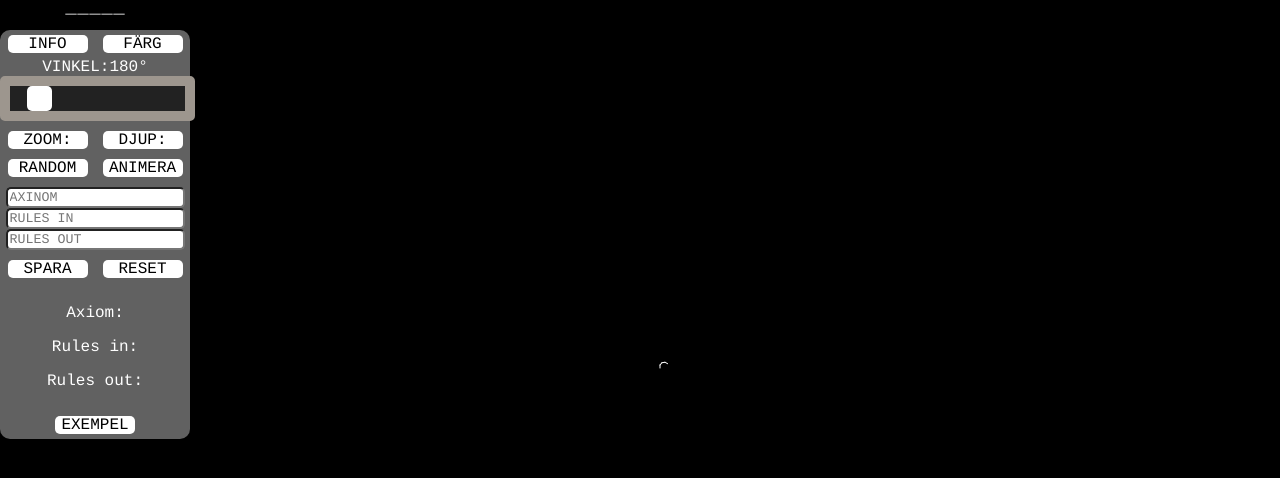
Repository: Gabrielw123/Fraktalgenerator
Page: fraktaler/test/index.html
The author's editor kept a copy of each file at every save. The page is drawn from the files as they stood at one save, then again after the next save.
The browser window is 1280 px wide. The pictures show the whole page.
Some web libraries are served in a nearby version.

Above is the page before, as saved 2022-01-13 13:32:28.

After the next save:
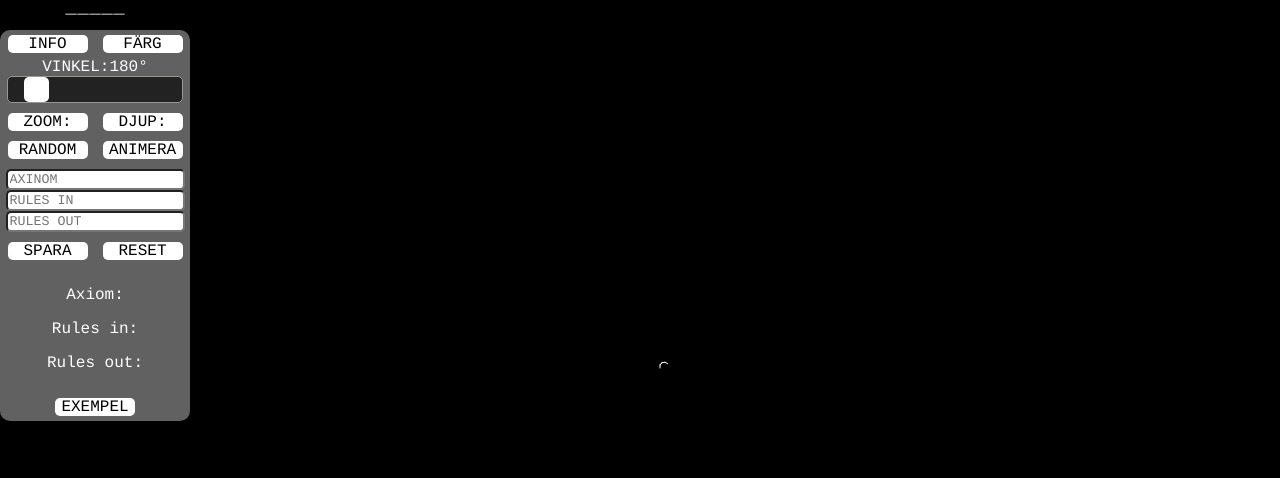
Saved 6 s later.
--- a/fraktaler/test/style.css
+++ b/fraktaler/test/style.css
@@ -68,7 +68,7 @@ body {
   -webkit-transition: 0.2s;
   transition: opacity 0.2s;
   border-radius: 5px;
-  border: 10px;
+  border: 1px;
   border-style: solid;
 }
 
